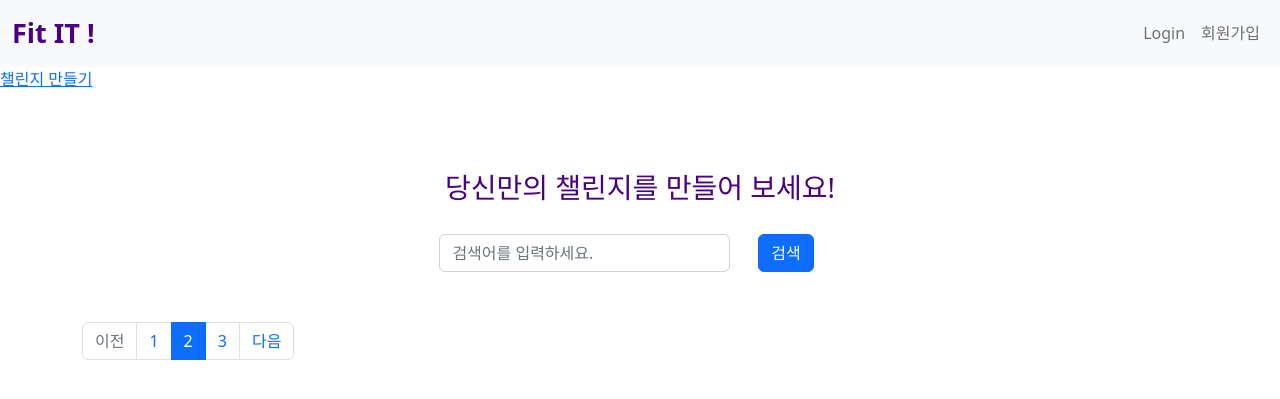
Repository: 4everGirls/Fit-IT-FRONT
Page: /makeChallenge (app in FrontEnd/fit-it/)
These files come from the project's save history. The page is drawn as it stood at one moment and after the next save; the edit follows.
The browser window is 1280 px wide. The pictures show the whole page.
The project was rebuilt for these pictures with package versions that can differ from the ones it lists, and the page was loaded fresh each time. Also part of the build but not shown: FrontEnd/fit-it/vue.config.js, FrontEnd/fit-it/src/views/HomeView.vue, FrontEnd/fit-it/src/components/user/RegistUser.vue, FrontEnd/fit-it/src/components/user/LoginUser.vue.

Above is the page before, as saved 2022-11-20 12:44:23.

After the next save:
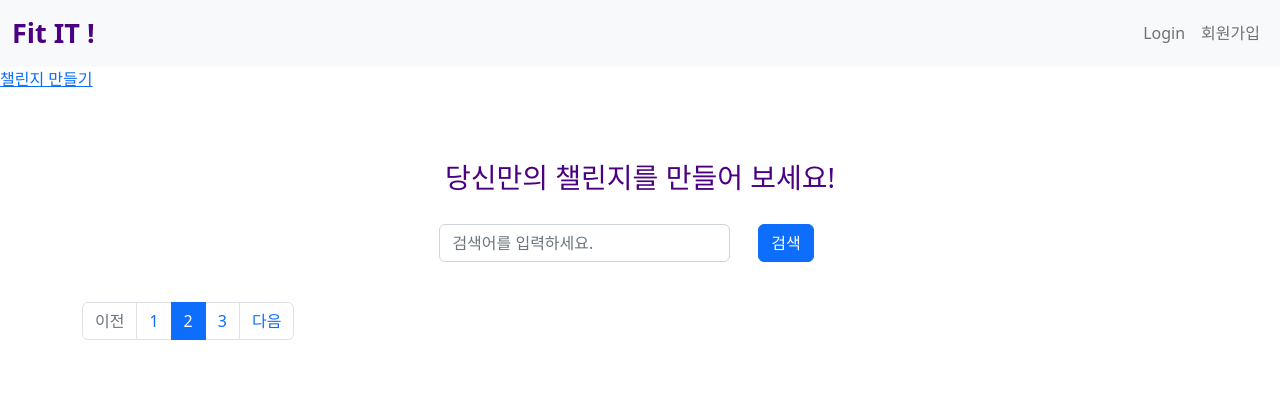
Saved 10 s later.
--- a/FrontEnd/fit-it/src/components/challenge/MakeChallenge/SearchVideo.vue
+++ b/FrontEnd/fit-it/src/components/challenge/MakeChallenge/SearchVideo.vue
@@ -69,6 +69,6 @@ export default {
   flex-direction: column;
 }
 .container {
-  padding: 50px;
+  padding: 40px;
 }
 </style>
